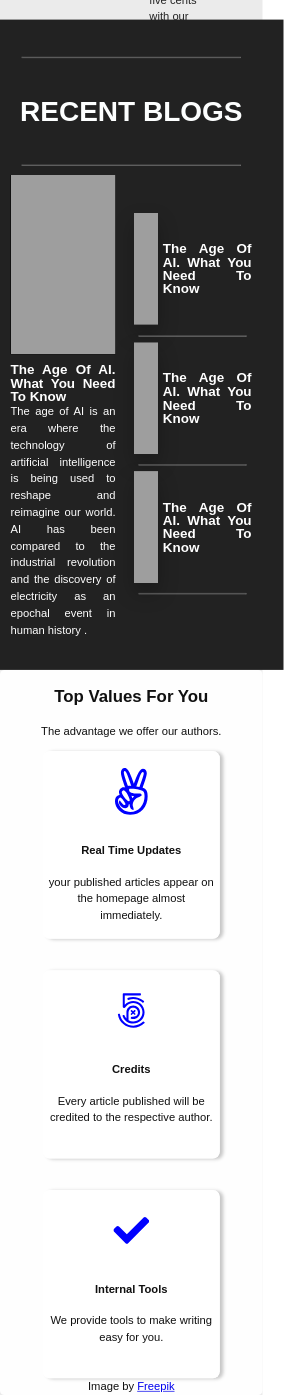
Repository: ValGrace/-static-site
Page: / (app in client/)
An editor plug-in stored every save of this project. The page is shown before and after the next save, followed by the edit.
The browser window is 375 px wide. The page is 410 px wide, so the pictures cover 410 px, including what lies to the right of the window. The pictures show the part of the page from y = 780 to 3020 px (the page is 2773 px tall before and 3332 px after), at 70% of full size.
Pictures or frames that could not be fetched are drawn as grey boxes. The project was rebuilt for these pictures with package versions that can differ from the ones it lists, and the page was loaded fresh each time. Also part of the build but not shown: client/vite.config.js, client/src/Components/Login.jsx, client/src/Components/Signup.jsx, client/src/Pages/aboutPage.jsx, client/src/Pages/UserDocs.jsx, client/src/Pages/Articles.jsx, client/src/Pages/Contents.jsx.

Above is the page before, as saved 2023-07-21 06:36:50.

### client/index.html
<!DOCTYPE html>
<html lang="en">
  <head>
    <meta charset="UTF-8" />
    <link rel="icon" type="image/svg+xml" href="/vite.svg" />
    <meta name="viewport" content="width=device-width, initial-scale=1.0" />
    <title>Static Site Generator</title>

  </head>
  <body>
    <div id="root"></div>
    <script type="module" src="/src/main.jsx"></script>
  </body>
</html>

### client/src/main.jsx
import React from 'react'
import ReactDOM from 'react-dom/client'
import App from './App'
import './index.css'
import { BrowserRouter } from 'react-router-dom'
ReactDOM.createRoot(document.getElementById('root')).render(
  <React.StrictMode>
    <BrowserRouter>
    <App />
    </BrowserRouter>
  </React.StrictMode>,
)

### client/src/App.jsx
import PageRouter from './Routing/PageRouter'
import './App.css'


function App() {

  return (
    <div className="App">
      <PageRouter />
    </div>
  )
}

export default App

### client/src/index.css
:root {
  font-family: 'Acme', sans-serif;
  line-height: 1.5;
  font-weight: 400;

  color-scheme: light dark;
  color: rgba(7, 7, 7, 0.87);
  /* background-color: #000000b4; */
  padding: 0;
  margin: 0;
  font-synthesis: none;
  text-rendering: optimizeLegibility;
  -webkit-font-smoothing: antialiased;
  -moz-osx-font-smoothing: grayscale;
  -webkit-text-size-adjust: 100%;
}

body {
  margin: 0;
}

### client/src/Routing/PageRouter.jsx
import Dashboard from "../Pages/Dashboard";
import HomePage from "../Pages/HomePage";
import { Routes, Route} from "react-router-dom"
import AboutPage from "../Pages/aboutPage";
import Articles from "../Pages/Articles";
import Contents from "../Pages/Contents";
const PageRouter = () => {
    return (
        <Routes>
            <Route exact path="/" element={ <HomePage />}/>
            <Route path="/login" element={ <Dashboard />}/>
            <Route path="/about" element={<AboutPage />} />
            <Route path="/articles" element={<Articles />} />
            <Route exact path="/article/:projectID" element={<Contents />} />
        </Routes>
    )
}

export default PageRouter

### client/src/App.css
.App {
  display: flex;
  flex-direction: column;
  justify-content: center;
  align-items: center;
  margin: 0;
  width: 100%;


  background-color: rgba(226, 226, 226, 0.699);
}

### client/src/Pages/Dashboard.jsx
import React, { useReducer, useState} from 'react'
import Login from '../Components/Login'
import Signup from '../Components/Signup'
import "../Components/Inputs.css"
import { Link, useNavigate } from 'react-router-dom'
// import { useAuth } from '../Context/UserContext'
import { account } from '../Utils/appwrite'
const initialState = {page : <Login />}
function reducer(state, action) {
    switch(action.type) {
        case 'loginpage':
          return { page: <Login />}
        case 'signuppage':
            return { page: <Signup />}
        default:
            return { page: <h2>Loading....</h2>}
    }
}
const Dashboard = () => {
    const [state, dispatch] = useReducer(reducer, initialState)

    const [ error, setError] = useState('')
    const navigate = useNavigate()
    const ghostLogin = async() => {
        try {
            setError('')
            await account.createAnonymousSession();
            navigate("/")
        }
        catch {
             setError("Failed to Create anonymous account")
        }
    }
    return (
        <div className='dashboard'>
         <h2>Static Site Generator</h2>
         <div>Static site Image</div>
      <div className='dash' id='dash'>
            <div className='toggleForms'>
                <button onClick={() => dispatch({type: 'loginpage'})} className="type-btn">Login</button>
                <button onClick={() => dispatch({type: 'signuppage'})} className="type-btn">Signup</button>
                </div>
            <React.Fragment>{state.page}</React.Fragment>

            <button id="auth-btns" onClick={ghostLogin}>Login with Ghost account</button>
            <h5>{error}</h5>
         </div>
         <Link to="/home">Home</Link>
       </div>
    )
}

export default Dashboard

### client/src/Pages/HomePage.jsx
import { Link} from "react-router-dom"
import Navbar from "../Components/Navbar"
import MidSection from "../Components/MidSection"
import HomeSection from "../Components/HomeSection"
import TopSection from "../Components/TopSection"


const HomePage = () => {


    return (
        <>
        <div className="topsection">
            <div className="topsection-cover"></div>
                     <Navbar />
         <TopSection />
         </div>
         <MidSection />
         <HomeSection />
         <Link to="/articles" className="page-link"><button className="btn-edit">Edit</button></Link>
         {/* {editor &&
         <form className="md-edit" method="post" action="/articles/" >
            <textarea value={markdown} onChange={editMdFile} name="md"/>

            <div className="md-btns">
                <button id="md-btn" onClick={() => setEditor(false)}>Cancel</button>
                <input type="submit" id="md-btn" value="save" />
            </div>
         </form> */}

        </>
    )
}

export default HomePage

### client/src/Components/Inputs.css
form, #dash {
    width: 80vw;
}
.signupForm, .dash, .dashboard {
   display: flex;
   flex-direction: column;
   justify-content: center;
   align-items: center;
   gap: 0.8em;
}

input, button {
    width: 80%;
    height: 3em;
    background-color: transparent;
    color: black;
}

#sign {
   width: 40vw;
}

.toggleForms {
    display: grid;
    grid-template-columns: 50% 50%;
    gap: 0.4em;
    justify-content: center;
    align-items: center;
}

#inptitle, .article-icons{
   width: 100%;
   border: 0.5px solid rgb(199, 199, 199);
   border-radius: 0.7%;

}

.article-icons {
    width: 79.9vw;
    height: 3em;
    display: flex;
    flex-direction: row;
    align-items: center;
    gap: 0.5em;
}

.article-area {
   margin-top: 0;
   display: flex;
   flex-direction: column;
   height: 90vh;

}

button:disabled {
    background-color: rgb(53, 53, 53);
}

.type-btn {
    background-color: rgb(2, 2, 133);
    border: none;
    width: 20vw;
    border-radius: 8px;
    text-transform: uppercase;
    color: aliceblue;
    font-weight: 700;
}

.type-btn:hover {
   background-color: rgb(1, 1, 22);
}

#auth-btns {
    text-transform: uppercase;
    font-weight: 700;
}

select, option {
    border: 0.08em solid black;
    background-color: transparent;
    font-weight: 500;
    padding: 0.2rem;
}

input[type=file] {
   display: none;
}

label {
    cursor: pointer;
}

### client/src/Utils/appwrite.js
import {Client, Account} from "appwrite"

const client = new Client()

client.setEndpoint("https://cloud.appwrite.io/v1").setProject("64940746ea62d29f596e")

export const account = new Account(client)

### client/src/Components/Navbar.jsx
import { useState } from "react"
import {HiBars3BottomLeft} from 'react-icons/hi2'
import { FaTimes} from 'react-icons/fa'
import { Link} from 'react-router-dom'
import "./Navbar.css"
const Navbar = () => {
    const [clickbar, setClickbar] = useState(false)
    return (
           <>


        <nav id="bar" onClick={()=>setClickbar
        (!clickbar)}>{clickbar ? <>
           <FaTimes size="2em"/>

            <ul>
               <Link to="/" className="navlink"><li>home</li></Link>
                <Link to="/about"><li>about</li></Link>
                <Link to="/articles"><li>articles</li></Link>
                <Link to="/login"><li>Login</li></Link>
            </ul>

        </>: <HiBars3BottomLeft size="2em"/>}
        </nav>

        <nav id="pages">
        <ul>
                <Link to="/" className="navlink"><li>home</li></Link>
                <Link to="/about" className="navlink"><li>about</li></Link>
                <Link to="/articles" className="navlink"><li>articles</li></Link>
            </ul>
            <ul>
                <li><Link to="/login" className="navlink">Login</Link></li>
            </ul>

</nav>
        </>
    )
}

export default Navbar

### client/src/Components/MidSection.jsx
import brin from "../assets/brin.jpg"
function MidSection() {
    return (
        <>
        <div className="site-descr-box">
            <div className="site-descr">
        <h3>We Write Articles About Tech</h3>
        <div className="site-sep"></div>
        <p>Are you a tech enthusiast with a great article idea in mind? Start writing today to share your five cents with our readers. We value your contribution and will be lucky to have you write with us</p>
      </div>
      </div>
      <div className="side-section">
            <hr className="line-hr"/>
            <h2>RECENT BLOGS</h2>
            <hr className="line-hr"/>
            <section className="featured-articles">
             <div className="side-img-left">
            <div className="side-img">
                <img src={brin} alt="Image by freepik"/>
            </div>
            <div className="side-blogs">
                <h4>The age of aI. What you need to know</h4>
                <p>The age of AI is an era where the technology of artificial intelligence is being used to reshape and reimagine our world. AI has been compared to the industrial revolution and the discovery of electricity as an epochal event in human history .</p>
            </div>

            </div>

            <div className="articles-right">
           <div className="side-img-right">
            <div className="side-right-img">
                <img src="https://images.pexels.com/photos/2007647/pexels-photo-2007647.jpeg?auto=compress&cs=tinysrgb&w=600" alt="Image by freepik"/>
            </div>
            <div className="side-blogs">
                <h4>The age of aI. What you need to know</h4>
                {/* <p>The age of AI is an era where the technology of artificial intelligence is being used to reshape and reimagine our world.</p> */}
            </div>

            </div>
            <hr className="line-hr"/>
            <div className="side-img-right">
            <div className="side-right-img">
                <img src="https://images.pexels.com/photos/2777898/pexels-photo-2777898.jpeg?auto=compress&cs=tinysrgb&w=600" alt="Image by freepik"/>
            </div>
            <div className="side-blogs">
                <h4>The age of aI. What you need to know</h4>
                {/* <p>The age of AI is an era where the technology of artificial intelligence is being used to reshape and reimagine our world.</p> */}
            </div>
            </div>
            <hr className="line-hr"/>
            <div className="side-img-right">
            <div className="side-right-img">
                <img src="https://images.pexels.com/photos/2599244/pexels-photo-2599244.jpeg?auto=compress&cs=tinysrgb&w=600" alt="Image by freepik"/>
            </div>
            <div className="side-blogs">
                <h4>The age of aI. What you need to know</h4>
                {/* <p>The age of AI is an era where the technology of artificial intelligence is being used to reshape and reimagine our world.</p> */}
            </div>
            </div>
            <hr className="line-hr"/>
            </div>
            </section>
        </div>
        </>
    )
}

export default MidSection

### client/src/Components/HomeSection.jsx
// import { GrAction, GrFormView, GrFormCheckmark} from 'react-icons/gr'
import { FaAngellist, Fa500Px, FaCheck } from 'react-icons/fa'
const HomeSection = () => {
   return (
    <div className='footer'>
    <div>
    <h2>Top Values For You</h2>
    <p>The advantage we offer our authors.</p>
    </div>
    <div className="value-section">
        <div className="single-value">

            <div id="icon-section">
                <FaAngellist size="4.2em" color="blue" fontWeight="200"/>
            </div>

            <h4>Real Time Updates</h4>
            <p>your published articles appear on the homepage almost immediately.</p>
        </div>
        <div className="single-value">
            <div id="icon-section">
                <Fa500Px size="3.2em" color="blue" />
            </div>
            <h4>Credits</h4>
            <p>Every article published will be credited to the respective author.</p>
        </div>
        <div className="single-value">
            <div id="icon-section">
                <FaCheck size="3.2em" color="blue"/>
            </div>
            <h4>Internal Tools</h4>
            <p>We provide tools to make writing easy for you.</p>
        </div>
    </div>
    Image by <a href="https://www.freepik.com/free-photo/overhead-view-coffee-cup-keyboard-camera-paper-white-background_3787339.htm#query=blog%20website%20bg&position=49&from_view=search&track=ais">Freepik</a>
    </div>
   )
}

export default HomeSection

### client/src/Components/TopSection.jsx
import pwbg from "../assets/pwbg.jpg"
const TopSection = () => {


  // useEffect(() => {
  //   async function fetchData() {
  //     const response = await axios.get('/save')
  //     setContent(response.data)
  //   }
  //   fetchData()
  // }, [])
    return (
      <>

      <div className="top-text" id="top-text">
      <h2 id="htitle">Static Site Generator

         </h2>
      <p>Welcome to your number one solution to writing and publishing articles. We generate an optimied web page when you publsih your article and make it available to our thousands of daily readers.</p>
      </div>
      {/* <div className="head-section">
        <div className="head-img">
            <img src={pwbg} alt="sec-photo" />
        </div>

      </div> */}

      </>
    )
}

export default TopSection

### client/src/Components/InfoPage.css
#about-page {
    font-size:2rem;
    text-transform: capitalize;

    width: 30vw;

    text-align: center;
}

.about-mid {
   display: flex;
   gap: 0.4rem;
   flex-wrap: wrap;
   flex-direction: column;
}

.about-info, .abt-context {
    /* width: 25vw; */
    display: flex;
    flex-direction: column-reverse;

}
#context {
    width: 75vw;
}

.abt-img {
    background-color: rgba(0, 3, 189, 0.945);
    width: 90vw;
    height: 35vh;

}

.abt-img > img {
    width: 100%;
    height: 100%;
}

#top-img {
    width: 90vw;
    height: 40vh;
}

.md-editor {
    width: 80vw;
    height: 90vh;
    margin: auto;
    display: flex;
    flex-direction: column;
    border: 0.5px solid rgb(97, 97, 97);

}

.footer {
    background-color: rgba(255, 255, 255, 0.952);
    /* padding: 0.8em; */
    width: 100%;
    text-align: center;
    color: rgba(0, 0, 0, 0.938);
    border-radius: 0.4em;
}

#txtarea {
    resize: none;
    width: 99%;
    height: 90%;
    background-color: transparent;
    border: none;
    font-family: 'Acme', sans-serif;
}
.md-edit {
    position: absolute;
    width: 80vw;
    height: 90vh;
    top: 10%;
    background-color: rgb(0, 0, 0);
    display: flex;
    flex-direction: column;
    align-items: center;
    gap: 0.4em;
}

.abt-pg > h4 {
    text-transform: uppercase;
}
.md-edit > textarea {
    resize: none;
    width: 90%;
    height: 80%;
    background-color: rgb(29, 28, 28);
    color: rgba(240, 248, 255, 0.932);
    border-radius: 8px;
    border: none;

}

.md-btns {
    display: flex;
   justify-content: center;
   align-items: center;
    gap: 0.7em;
    width: 90%;
}

#md-btn {
    width: 30%;
    background-color: rgb(71, 71, 71);
    color: rgb(218, 218, 218);
    text-transform: uppercase;
    font-weight: 400;
    border: none;
    border-radius: 0.2em;

}
@media screen and (min-width: 670px) {
    #abt-info {
        flex-direction: row-reverse;
    }
    .about-info, .abt-context {
        flex-direction: row;
        justify-content: center;
        gap: 0.8em;
        align-items: center;

    }
    .abt-pg {
        display: flex;
        flex-direction: column;
        width: 40vw;
    }
    .abt-img {
        width: 40vw;
        box-shadow:
		5px 1px 5px rgb(167, 166, 166);
    }

    #top-img {
        width: 100%;
        height: 60vh;
        box-shadow:
		5px 1px 5px rgb(44, 43, 43);
    }

    .abt-img > img {
        width: 100%;
        height: 100%;
    }

}

### client/src/Pages/Contents.css
article {
    width: 50vw;
}

ul, ol {
    display: flex;
    flex-direction: column;
}

li {
    text-decoration: none;
    text-align: center;
}
 img {
    width: 70vw;
    height: 40vw;
 }
 @media screen and (max-width: 600px){
    article {
        width: 90vw;
    }
 }

### client/src/Components/Navbar.css
nav {
    width: 70vw;
    height: 10vh;
    display: flex;
}

nav > ul{
  display: flex;
  flex-direction: row;
  text-transform: uppercase;
  list-style-type: none;
  justify-content: center;
  align-items: center;
  gap: 4em;
  font-weight: 600;
  font-size: 1.5rem;
  flex-grow: 1;

  text-decoration: none;
}

.navlink {
    text-decoration: none;
    text-decoration-style: none;
    color: rgb(251, 251, 255);
    mix-blend-mode: difference;
}

.navlink:hover {
   text-decoration: rgb(0, 81, 255) underline;
}

.topsection {
    background-image: url("../assets/pwbg.jpg");
    color: rgb(231, 228, 228);
    width: 98vw;
    height: 70vh;
    background-size: cover;
    display: flex;
    flex-direction: column;
    align-items: center;

    position: relative;
    z-index: 1;
}

.topsection-cover {
    position: absolute;
    left: 0;
    bottom: 0;
    width: 100%;
    height: 100%;
    background-color: rgba(0, 0, 0, 0.719);
    z-index: -1;
}

#top-text {
    width: 65vw;
    left: 40%;
    height: 80%;
    display: flex;
    flex-direction: column;
    justify-content: center;

}

#top-text > h2 {
    font-size: 4.5rem;
    text-transform: capitalize;
    margin: 0;
    /* float: left; */
}

#top-text > p {
    float: right;

}

.head-section {
    display: flex;
    width: 90vw;
    gap: 0.5em;
    flex-wrap: wrap;
}

.head-img {
    background-color: rgb(14, 13, 29);
    width: 90%;
    /* border-radius: 0.9em; */
    height: 45vh;
    box-shadow: rgba(0, 0, 0, 0.25) 0px 14px 28px;
    margin-left: 0;
    justify-self: left;
}

.line-hr {
    width: 90%;
    opacity: 0.4;
}

.head-img > img {
    width: 100%;
    height: 100%;
    border-radius: 0.9em;
}

.side-section {
    display: flex;
    flex-direction: column;
    height: 100vh;
    background-color: rgb(34, 34, 34);
    gap: 0.3rem;
    padding: 2.8rem;
    width: 92%;
}

.side-section > h2 {
    font-size: 2.5rem;
    color: rgb(253, 255, 255);
    text-align: center;
}

.featured-articles {
    display: flex;
    flex-direction: row;
    flex-wrap: wrap;
    color: rgb(255, 255, 255);
    text-align: justify;
    gap: 1.6rem;
    align-items: center;
}

.side-blogs > h4 {
    font-size: larger;
    text-transform: capitalize;
    line-height: 1.2rem;
}

.side-img-left {
    display: flex;
    flex-direction: column;
    width: 40vw;
    gap: 0.8rem;
}

.side-img-right {
    display: flex;
    flex-direction: row;
    width: 45vw;
    height: 10rem;
    gap: 0.4rem;
    margin-bottom: 0.4rem;
    justify-content: center;
    align-items: center;
}
.side-right-img {
    width: 60%;
    height: 100%;
    box-shadow: rgba(0, 0, 0, 0.25) 0px 14px 28px;
}


.side-img {
    background-color: black;
    width: 100%;
    height: 16rem;

}

.side-img > img, .side-right-img > img {
    width: 100%;
    height: 100%;
}

.side-blogs > h4, .side-blogs > p {
    margin: 0;
}

.btn-edit {
    position: fixed;
    right: 5%;
    bottom: 20%;
    width: auto;
    padding: 8px;
    background-color: rgb(2, 2, 39);
    color: aliceblue;
    text-transform: uppercase;
    font-weight: 600;
    border: none;
    border-radius: 8px;
}
.site-descr {
    width:65vw;
    /* background-color: rgba(226, 226, 226, 0.699); */
    border-radius: 9px;
    /* margin-top: 0.9rem; */
    display: flex;
    /* gap: 0.4rem; */
    /* padding: 3.4rem; */
    height: 25vh;
    margin-bottom: 3em;
}

#pages > ul {

    flex-direction: column;
}

.site-descr > p {
    width: 75%;
}
.site-sep {
    width: 0.1rem;
    height: 90%;
    background-color: rgb(2, 2, 39);
    margin-right: 0.7rem;
}


.value-section {
   width: 100%;
    display: flex;
    gap: 2.8rem;
    flex-wrap: wrap;
    /* color: rgb(20, 20, 20); */
    justify-content: center;
    align-items: center;
}

.single-value {
    box-shadow:
		5px 1px 5px rgb(199, 199, 199);
    border-radius: 10px;
    background-color: rgba(255, 255, 255, 0.863);
    padding: 0.4em;
    width: 15em;
    height: 16em;
}

#icon-section {
    width: 100%;
    height: 40%;
    display:flex;
    justify-content: center;
    align-items: center;
}

@media screen and (max-width: 600px) {
   .side-section {
    height: auto;
   }
   .articles-right {
    display: flex;
    flex-direction: column;
   }

}



@media screen and (min-width: 1200px) {
    #bar {
      display: none;
    }
    #pages > ul{
        flex-direction: row;
    }

  }

@media screen and (max-width: 1200px) {
    #pages {
      display: none;
    }
   #bar {
        flex-direction: column;

    }
    #bar > ul {
        flex-direction: column;
        gap: 2em;
        background-color: rgba(255, 255, 255, 0.979);
        color: rgb(2, 6, 56);
        width: 90vw;
        height: 70vh;
        position: absolute;
        top: 0;
        right: 0;
    }
}

After the next save:
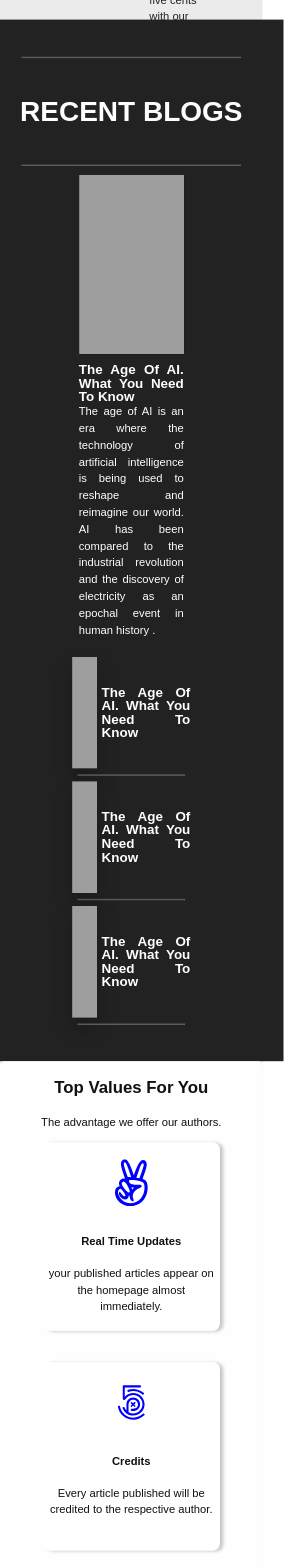
Saved 51 s later.
--- a/client/src/Components/Navbar.css
+++ b/client/src/Components/Navbar.css
@@ -249,7 +249,7 @@ nav > ul{
    .side-section {
     height: auto;
    }
-   .articles-right {
+   .featured-articles {
     display: flex;
     flex-direction: column;
    }
